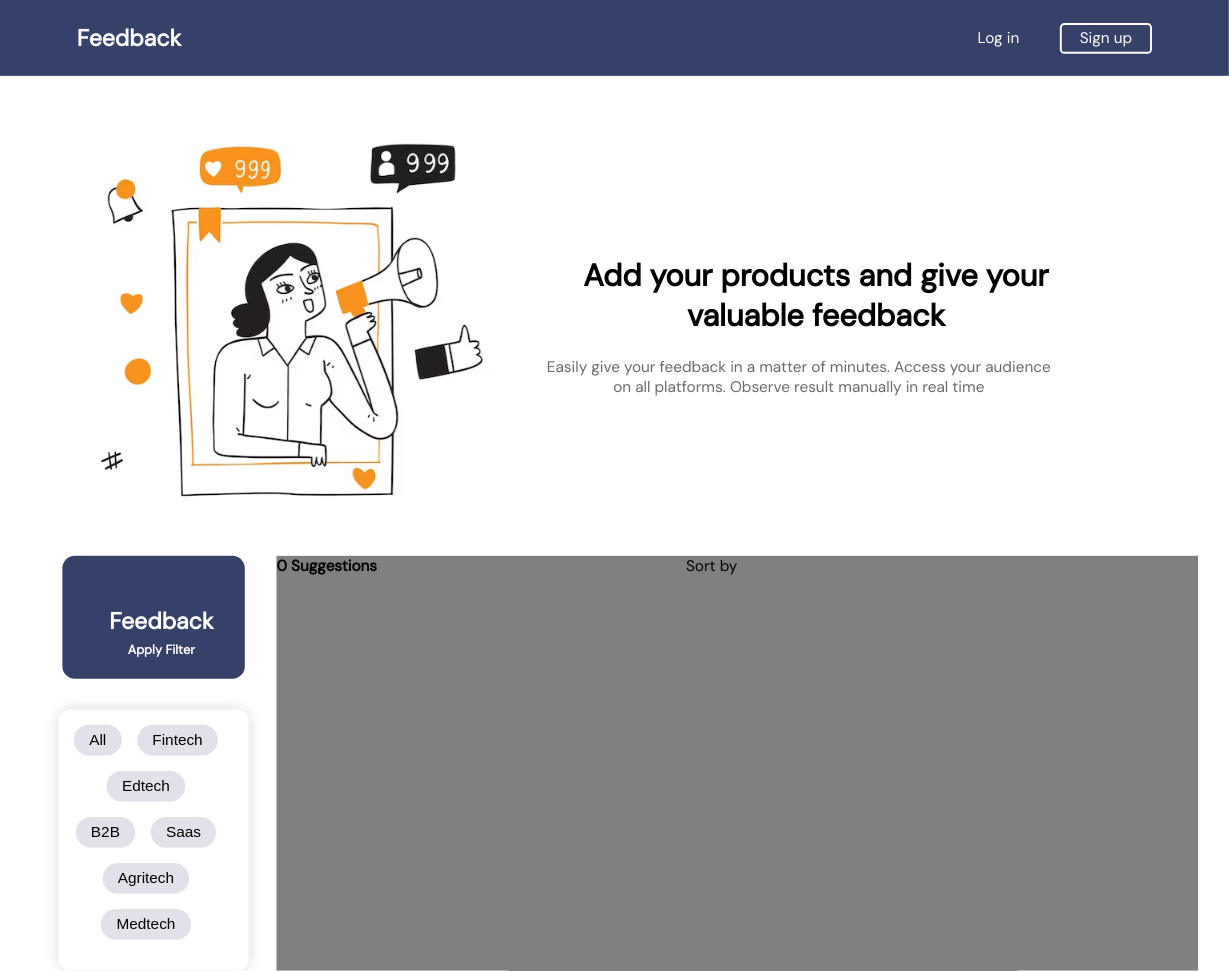
Repository: drumsmanku/final-evaluation-test
Page: / (app in client/)
These files come from the project's save history. The page is drawn as it stood at one moment and after the next save; the edit follows.
The browser window is 1280 px wide. The pictures show the whole page, at 96% of full size.
The page's requests for data from a server got no answer. The project was rebuilt for these pictures with package versions that can differ from the ones it lists, and the page was loaded fresh each time. No one was signed in, and anything a server would have sent is missing.

Above is the page before, as saved 2023-07-29 14:24:40.

### client/src/App.js
import './App.css';
import { BrowserRouter as Router, Route, Routes} from 'react-router-dom';
import MainPage from './Components/MainPage';
function App() {
  return (
    <div className="App">
      <Router>
        <Routes>
          <Route path='/' element={<MainPage/>}/>


        </Routes>
      </Router>
    </div>
  );
}

export default App;

### client/src/Components/MainPage.js
import React, {useState, useEffect} from 'react';
import '../CSS/MainPage.css';
import profile from'../Assets/profilepic.webp';
import img1 from '../Assets/frontphoto.png';
import axios from 'axios';

const buttonTitles=['All', 'Fintech', 'Edtech', 'B2B', 'Saas', 'Agritech', 'Medtech'];
const buttonStyles={
  padding:'0.2rem 1rem 0.2rem 1rem',
  backgroundColor:'#36416A26',
  fontSize:'medium',
  borderRadius:'1rem',
  border:'none',
  margin:'0 1rem 1rem 0',
  height:'2rem',
  textAlign:'center',
}

function MainPage() {
  const [categorySet, setCategorySet]=useState([])
  const [isLoggedIn, setIsLoggedIn]=useState(false);
  const [products, setProdcts]=useState([])
  useEffect(()=>{
    const User=localStorage.getItem('user');
    if(User){
      setIsLoggedIn(true);
    }

  }, []);
  const handleLogout=()=>{
    localStorage.removeItem('user');
    setIsLoggedIn(false);
  }
  const handleCategoryClick=(event)=>{
    const currentCat=event.target.value;
    if(!categorySet.includes(currentCat)){
      setCategorySet([...categorySet, event.target.value]);
    }
    else{
      setCategorySet(categorySet.filter(cat=>cat!=currentCat))
    }

  }

  useEffect(()=>{
    const category=categorySet
    axios.get(`http://localhost:4000/get-prods?category=${category.join(',')}`)
    .then((res)=>{setProdcts(res.data.products);console.log(res.data.products)})
    .catch(err=>console.log(err))

  }, [categorySet])

  return (
    <div className='main-container'>
      <div className="main-top-container">
        <div className='navbar' >
          <div style={{display:'flex',width:'100%', justifyContent:' space-between', alignItems:'center',}}>
          <h3 style={{marginLeft:'5rem', color:'white', fontSize:'1.5rem'}}>Feedback</h3>
          <div style={{display:'flex', marginRight:'5rem'}}>
              {isLoggedIn ? (
                <>
                  <button style={{background:'none', fontSize:'large', border:'none', fontFamily:'DM Sans', color:'white'}} onClick={handleLogout}>Logout</button>
                  <span style={{color:'white', fontFamily:'DM Sans', fontSize:'large', display:'flex', alignItems:'center', marginLeft:'1rem'}}>Hello!</span>
                  <img src={profile} alt="" height={50} width={50} style={{borderRadius:'100%', marginLeft:'1rem'}} />
                </>
              ) : (
                <>
                  <button className='btn-main-page-login' type='submit'  >Log in</button>
                  <button type='submit'  className='btn-main-page-register' >Sign up</button>
                </>
              )}
            </div>
          </div>
        </div>
        <div className="title-desc">
          <img src={img1} alt="" height={500} style={{marginLeft:'3rem'}}/>
          <div style={{display:'flex', flexDirection:'column', marginLeft:'2rem'}}>
              <h1 style={{maxWidth:'80%'}}> Add your products and give your valuable feedback</h1>
              <span style={{maxWidth:'75%', color:'#6A6A6A'}}>Easily give your feedback in a matter of minutes. Access your audience on all platforms. Observe result manually in real time</span>
          </div>
        </div>
      </div>
      <div className="main-bottom-container">
        <div className="bottom-left">
          <article style={{backgroundColor:'#36416A', width:'74%', color:'white', paddingTop:'2rem', borderRadius:'0.8rem', marginBottom:'2rem'}}>
            <h2 style={{marginBottom:'0.4rem',marginLeft:'1rem'}}>Feedback</h2>
            <h5 style={{marginTop:0, marginLeft:'1rem'}}>Apply Filter</h5>
          </article>
          <article style={{width:'65%', borderRadius:'0.8rem', padding:'1em', boxShadow:'0 0 17px #00000026',}}>
             {buttonTitles.map((title, idx)=>(
              <button value={title} onClick={handleCategoryClick} style={{...buttonStyles}} key={idx}>{title}</button>
             ))}
          </article>
        </div>
        <div className="bottom-right">
          <div className='bottom-top-right'>
            <div style={{display:'flex', width:'50%', justifyContent:'space-between'}}>
              <span style={{fontWeight:'bold'}}>{products.length} Suggestions</span>
              <span>
                <label htmlFor="sort">Sort by</label>

              </span>
            </div>
          </div>
        </div>
      </div>
    </div>
  )
}

export default MainPage

### client/src/CSS/MainPage.css
@import url('https://fonts.googleapis.com/css2?family=DM+Sans&display=swap');

body{
  font-family: 'DM Sans';
}
.main-container{
  height: 100vh;
  width: 100vw;
  display: flex;
  flex-direction: column;

}
.main-top-container{
  width: 100%;
}
.btn-main-page-login{
  height: 2rem;
  width: 6rem;
  font-weight: 500;
  font-size: medium ;
  background: none;
  border: none;
  border-radius: 0.3rem;
  margin-left: 1rem;
  margin-bottom:0;
  color: white;
  font-family: 'DM Sans';
  cursor: pointer;
}
.btn-main-page-register{
  height: 2rem;
  width: 6rem;
  font-size: medium;
  font-weight: 500;
  background-color: #36416A;
  border: 2px solid white;
  border-radius: 0.3rem;
  margin-left: 1rem;
  margin-bottom:0;
  color: white;
  font-family: 'DM Sans';
  cursor: pointer;
}
.navbar{
  width: 100%;
  background-color: #36416A;
}
.title-desc{
  width: 100%;
  display: flex;
  align-items: center;
  justify-content: space-around;

}
.bottom-left{
  width: 20%;
  display: flex;
  flex-direction: column;
  align-items: center;
  margin-left: 2rem;

}
.bottom-right{
  width: 75%;
  background-color: gray;
}
.main-bottom-container{
  width:100%;
  display: flex;
}
.bottom-top-right{
  width: 100%;
}

Loaded but not shown: client/public/index.html (common file); client/src/index.js (common file); client/src/index.css (common file); client/src/App.css (common file)

After the next save:
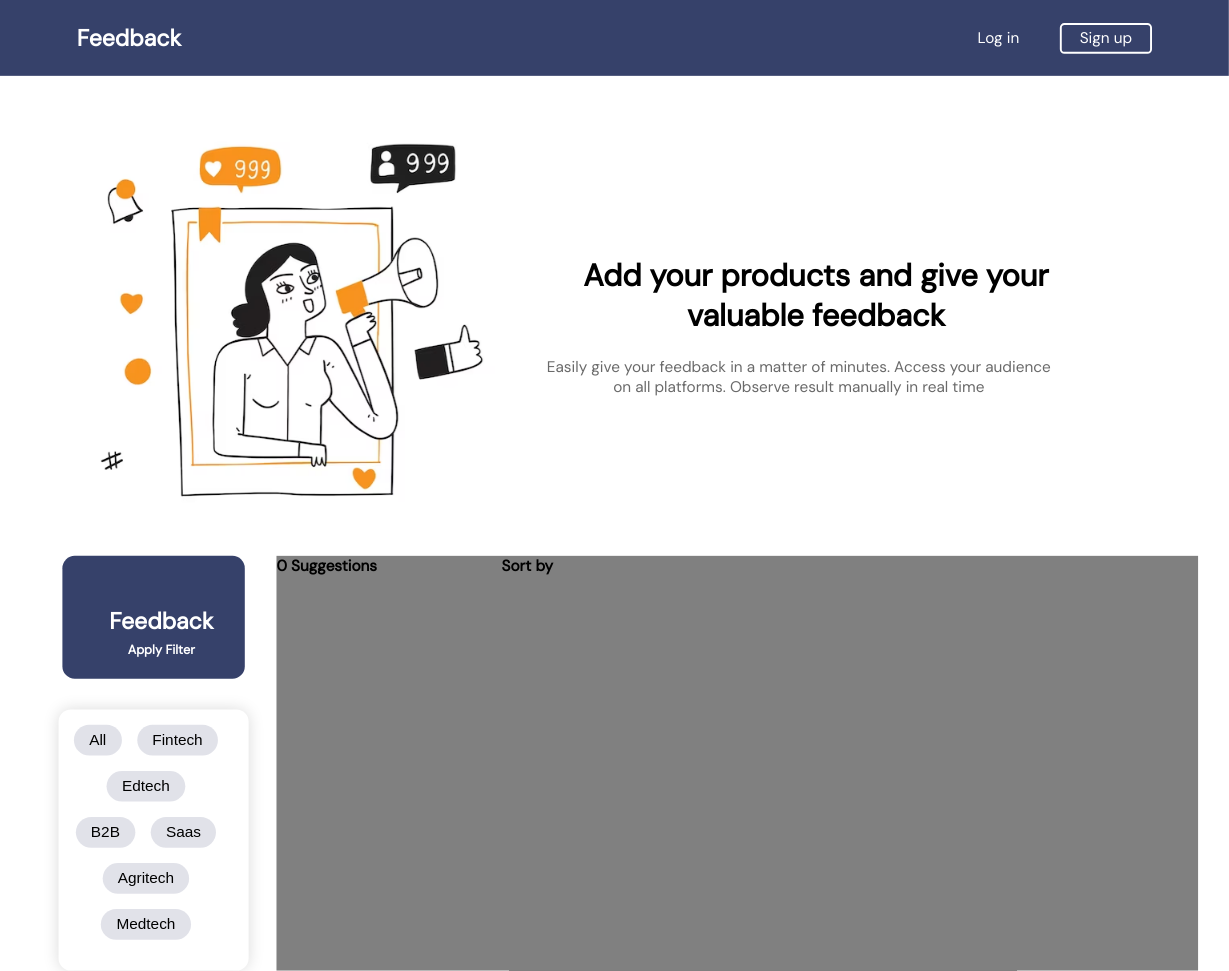
Saved 29 s later.
--- a/client/src/Components/MainPage.js
+++ b/client/src/Components/MainPage.js
@@ -94,8 +94,8 @@
         </div>
         <div className="bottom-right">
           <div className='bottom-top-right'>
-            <div style={{display:'flex', width:'50%', justifyContent:'space-between'}}>
-              <span style={{fontWeight:'bold'}}>{products.length} Suggestions</span>
+            <div style={{display:'flex', width:'30%', justifyContent:'space-between', fontWeight:'bold'}}>
+              <span style={{}}>{products.length} Suggestions</span>
               <span>
                 <label htmlFor="sort">Sort by</label>
 
